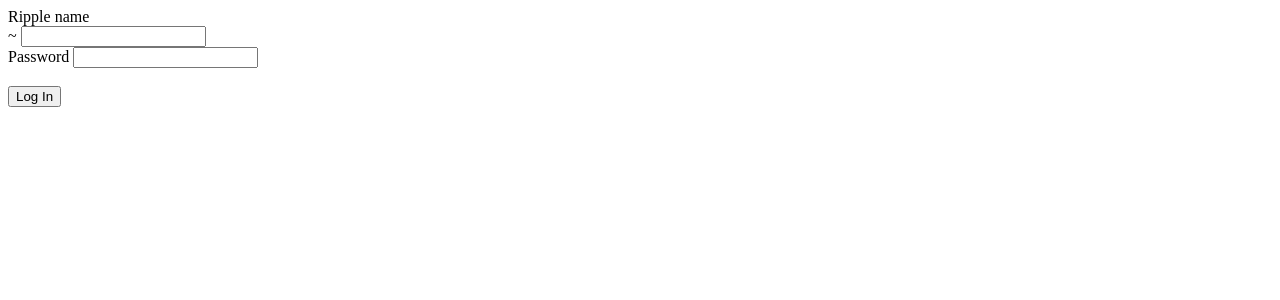
Repository: resilience-me/OLD_basicincome.co-client
Page: client/login.html
The author's editor kept a record of every edit. The page is drawn from the files as they stood at one moment, then again after the next edit.
The browser window is 1280 px wide. The pictures show the whole page.

Above is the page before.

After the next edit:
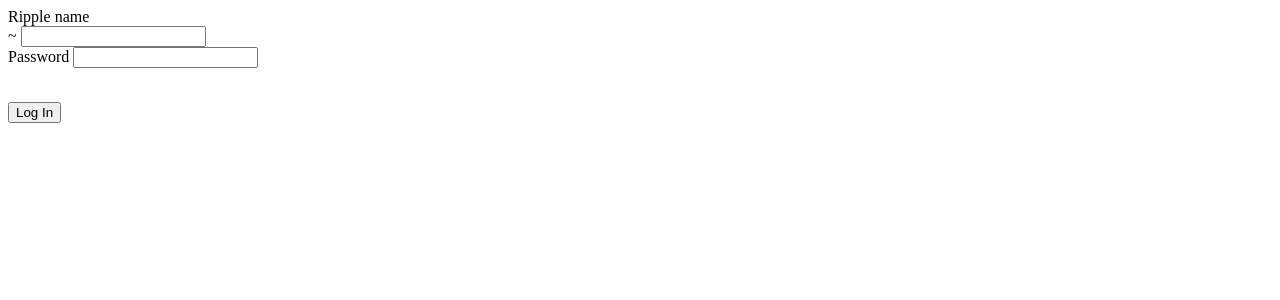
The edit:
--- a/client/login.html
+++ b/client/login.html
@@ -1,6 +1,7 @@
-  <form ng-submit="submit()" ng-controller="ExampleController">
 
 <div class="submit-btn-container">
+      <form ng-submit="submit()" ng-controller="ExampleController">
+
 <label for="login_username">Ripple name</label>
 <div class="input-group">
 

After the 2 edits that followed:
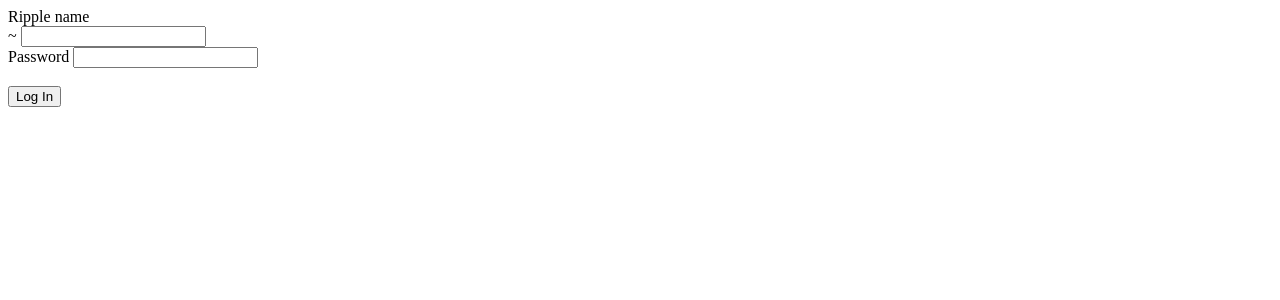
The 2 edits are shown as one change because 1 left the picture as it was.
The edit:
--- a/client/login.html
+++ b/client/login.html
@@ -1,6 +1,6 @@
+      <form ng-submit="submit()" ng-controller="AppCtrl">
 
 <div class="submit-btn-container">
-      <form ng-submit="submit()" ng-controller="ExampleController">
 
 <label for="login_username">Ripple name</label>
 <div class="input-group">
@@ -15,5 +15,5 @@
     <div class="submit-btn-container">
         <button type="submit" id="submit" ng-hide="twoFactor" class="btn btn-submit btn-block btn-success">
         <span style="font-family: sans-serif">Log In</span></button></div>
+           </form>
    </div>
-   </form>
